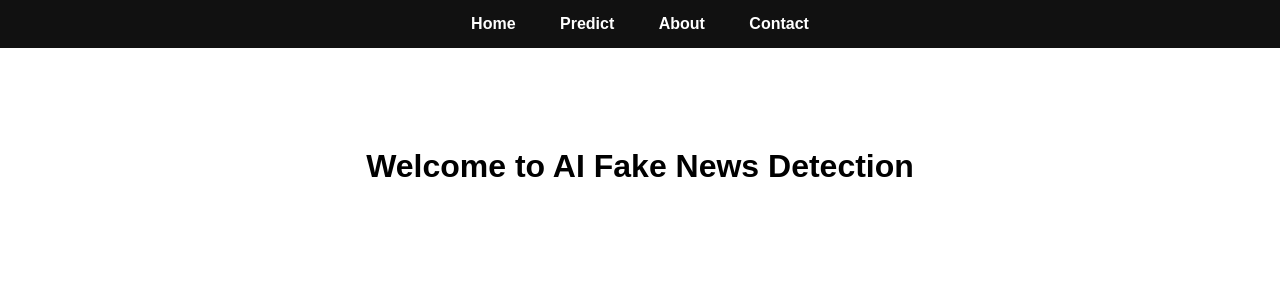
Repository: asadpathan2002-bot/Sprint1
Page: frontend/home.html
These files come from the project's save history. The page is drawn as it stood at one moment and after the next save; the edit follows.
The browser window is 1280 px wide. The pictures show the whole page.

Above is the page before, as saved 2026-02-21 22:14:16.

After the next save:
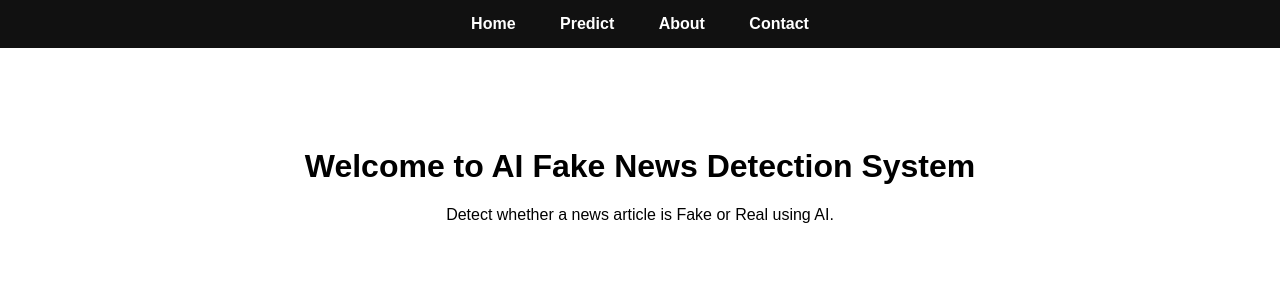
Saved 54 min 11 s later.
--- a/frontend/home.html
+++ b/frontend/home.html
@@ -1,7 +1,7 @@
 <!DOCTYPE html>
 <html>
 <head>
-    <title>Fake News Detector</title>
+    <title>Home - Fake News Detector</title>
     <style>
         body {
             margin: 0;
@@ -41,7 +41,8 @@
 </nav>
 
 <div class="content">
-    <h1>Welcome to AI Fake News Detection</h1>
+    <h1>Welcome to AI Fake News Detection System</h1>
+    <p>Detect whether a news article is Fake or Real using AI.</p>
 </div>
 
 </body>
